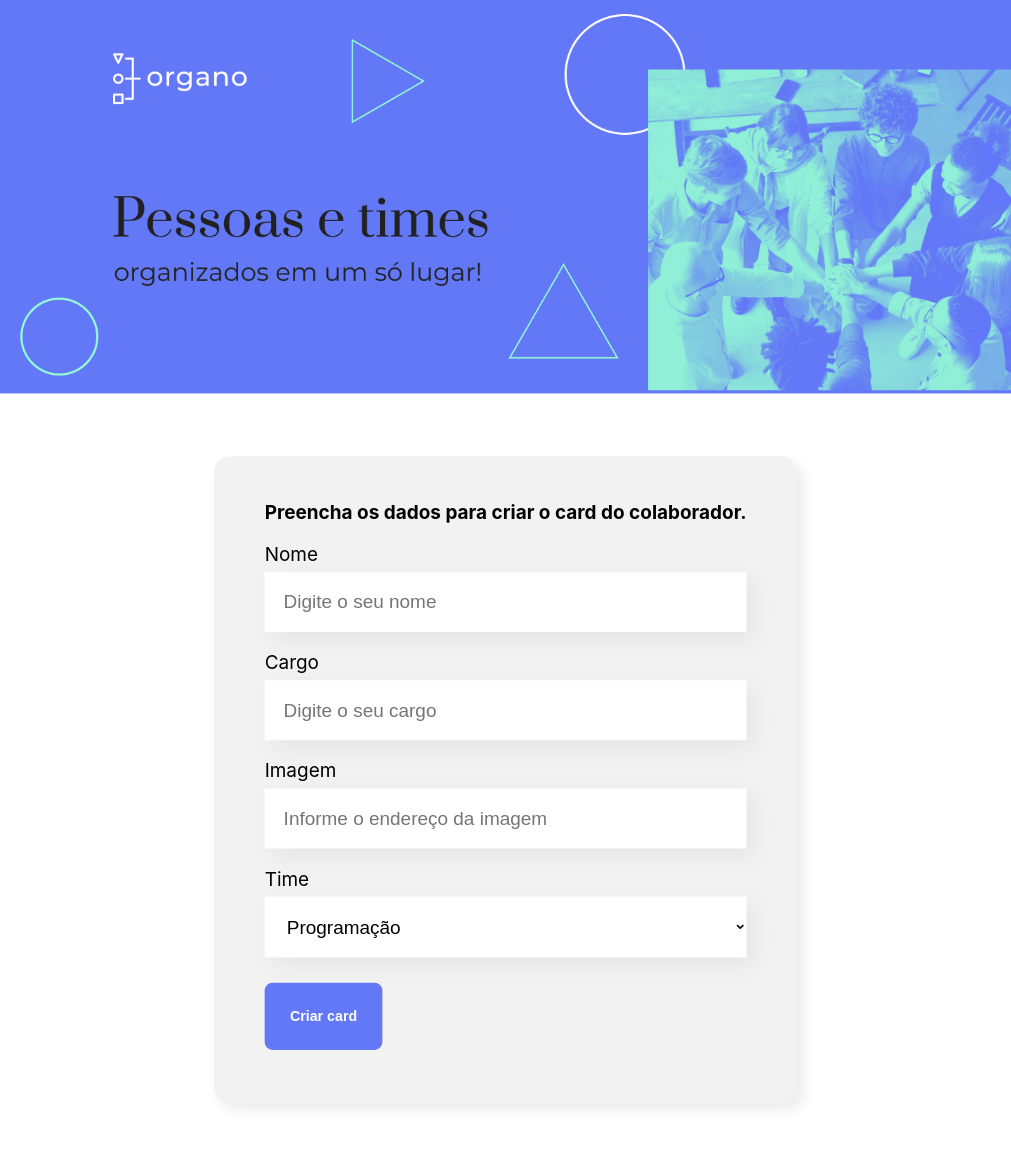
Repository: devMuriloOliveira/organo
Page: /
The author's editor kept a copy of each file at every save. The page is drawn from the files as they stood at one save, then again after the next save.
The browser window is 1280 px wide. The pictures show the whole page, at 79% of full size.
The project was rebuilt for these pictures with package versions that can differ from the ones it lists, and the page was loaded fresh each time.

Above is the page before, as saved 2023-01-12 17:02:22.

### src/App.js

import Banner from './componentes/Banner/Banner'
import Formulario from './componentes/Formulario'


function App() {
  return (
    <div className="App">
      <Banner/>
      <Formulario/>


    </div>
  )
}

export default App

### src/componentes/Banner/Banner.js
import './Banner.css'

function Banner() {
  return (
    <header className="banner">
      <img src="/imagens/banner.png" alt="O banner principal da pagina Organo"/>
    </header>


    )

}

export default Banner

### src/componentes/Formulario/index.js
import Botao from '../Botao'
import CampoTexto from '../CampoTexto'
import ListaSuspensa from '../ListaSuspensa'
import './Formulario.css'

const Formulario = () =>{

    const times = [
      'Programação',
      'Front-End',
      'Data Science',
      'Devops',
      'UX e Design',
      'Mobile',
      'Inovação e Gestão'
    ]

    const aoSalvar = (evento) => {
      evento.preventDefault()
      console.log('Form foi submetido')
    }

  return(

    <section className='formulario'>
      <form onSubmit={aoSalvar}>
        <h2>Preencha os dados para criar o card do colaborador.</h2>
      <CampoTexto obrigatorio={true} label="Nome" placeholder="Digite o seu nome"/>
      <CampoTexto obrigatorio={true} label="Cargo" placeholder="Digite o seu cargo"/>
      <CampoTexto label="Imagem" placeholder="Informe o endereço da imagem"/>
      <ListaSuspensa obrigatorio={true} label="Time" itens={times}/>
      <Botao>
        Criar card
      </Botao>
      </form>
    </section>
  )
}

export default Formulario

### src/componentes/Banner/Banner.css
.banner {
  background-color: #6278F7;
  text-align: center;
}

.banner img {
  max-width: 100%;
}

### src/componentes/Botao/index.js
import './Botao.css'

const Botao = (props) =>{
  return(
      <button className='botao'>
        {props.children}
      </button>
  )
}

export default Botao

### src/componentes/CampoTexto/index.js
import './CampoTexto.css'

const CampoTexto = (props) =>{

let valor = ''

  const aiDigitado = (evento) =>{
  valor = (evento.target.value)
  console.log(valor)
}

  return(
    <div className="campo-texto">
      <label>{props.label}</label>
      <input value={valor} onChange={aiDigitado} required={props.obrigatorio} placeholder={props.placeholder}/>
    </div>
  )
}

export default CampoTexto

### src/componentes/ListaSuspensa/index.js
import './ListaSuspensa.css'

const ListaSuspensa = (props) => {
  return(
    <div className='lista-suspensa'>
        <label>{props.label}</label>
        <select required={props.required}>
          {props.itens.map(item => {
            return <option key={item}>{item}</option>
          })}
        </select>
    </div>
  )
}

export default ListaSuspensa

### src/componentes/Formulario/Formulario.css
.formulario {
  display: flex;
  justify-content: center;
  margin: 80px 0;
}

.formulario form {
  max-width: 80%;
  background-color: #f2f2f2;
  border-radius: 20px;
  padding: 36px 64px;
  box-shadow: 8px 8px 16px rgba(0, 0, 0, 0.08);
}

### src/componentes/Botao/Botao.css
.botao {
  background-color: #6278F7;
  border-radius: 10px;
  font-weight: 700;
  font-size: 18px;
  padding: 32px;
  border: none;
  cursor: pointer;
  color: #fff;
  margin: 32px 0;
}

.botao:hover {
  color: #95ffd4;
}

### src/componentes/CampoTexto/CampoTexto.css
.campo-texto {
  margin: 24px 0;
}

.campo-texto label {
  display: block;
  margin-bottom: 8px;
  font-size: 24px;
}

.campo-texto input {
  background-color: #fff;
  box-shadow: 10px 10px 30px rgba(0, 0, 0, 0.06);
  width: 100%;
  border: none;
  font-size: 24px;
  padding: 24px;
  box-sizing: border-box;
}

### src/componentes/ListaSuspensa/ListaSuspensa.css
.lista-suspensa label {
  display: block;
  margin-bottom: 8px;
  font-size: 24px;
}

.lista-suspensa select {
  background-color: #fff;
  box-shadow: 10px 10px 30px rgba(0, 0, 0, 0.06);
  width: 100%;
  border: none;
  font-size: 24px;
  padding: 24px;
  box-sizing: border-box;
}

Loaded but not shown: public/index.html (common file); src/index.js (common file); src/index.css (common file)

After the next save:
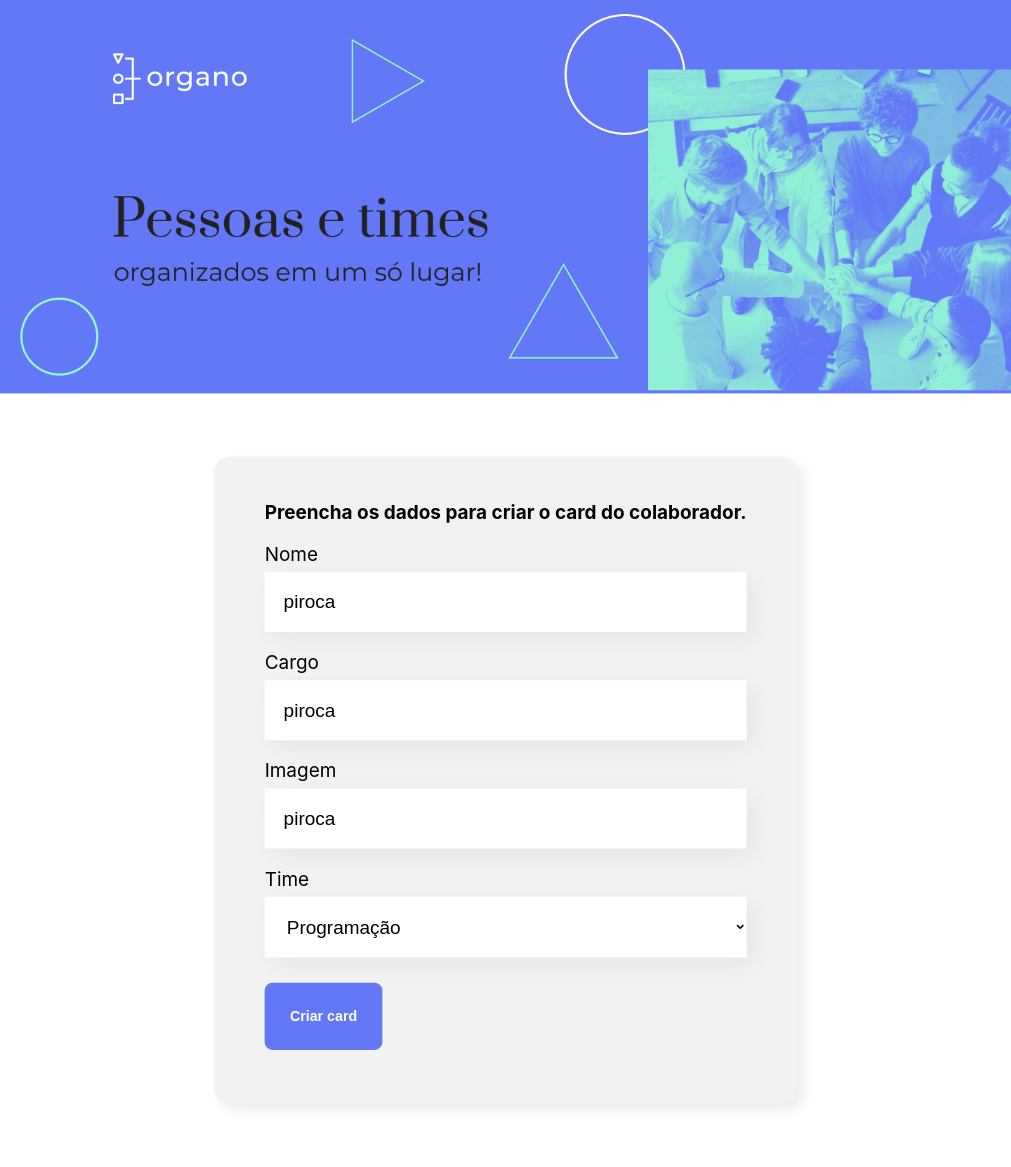
Saved 39 s later.
--- a/src/componentes/CampoTexto/index.js
+++ b/src/componentes/CampoTexto/index.js
@@ -2,7 +2,7 @@
 
 const CampoTexto = (props) =>{
 
-let valor = ''
+let valor = 'piroca'
 
   const aiDigitado = (evento) =>{
   valor = (evento.target.value)

After the save that followed:
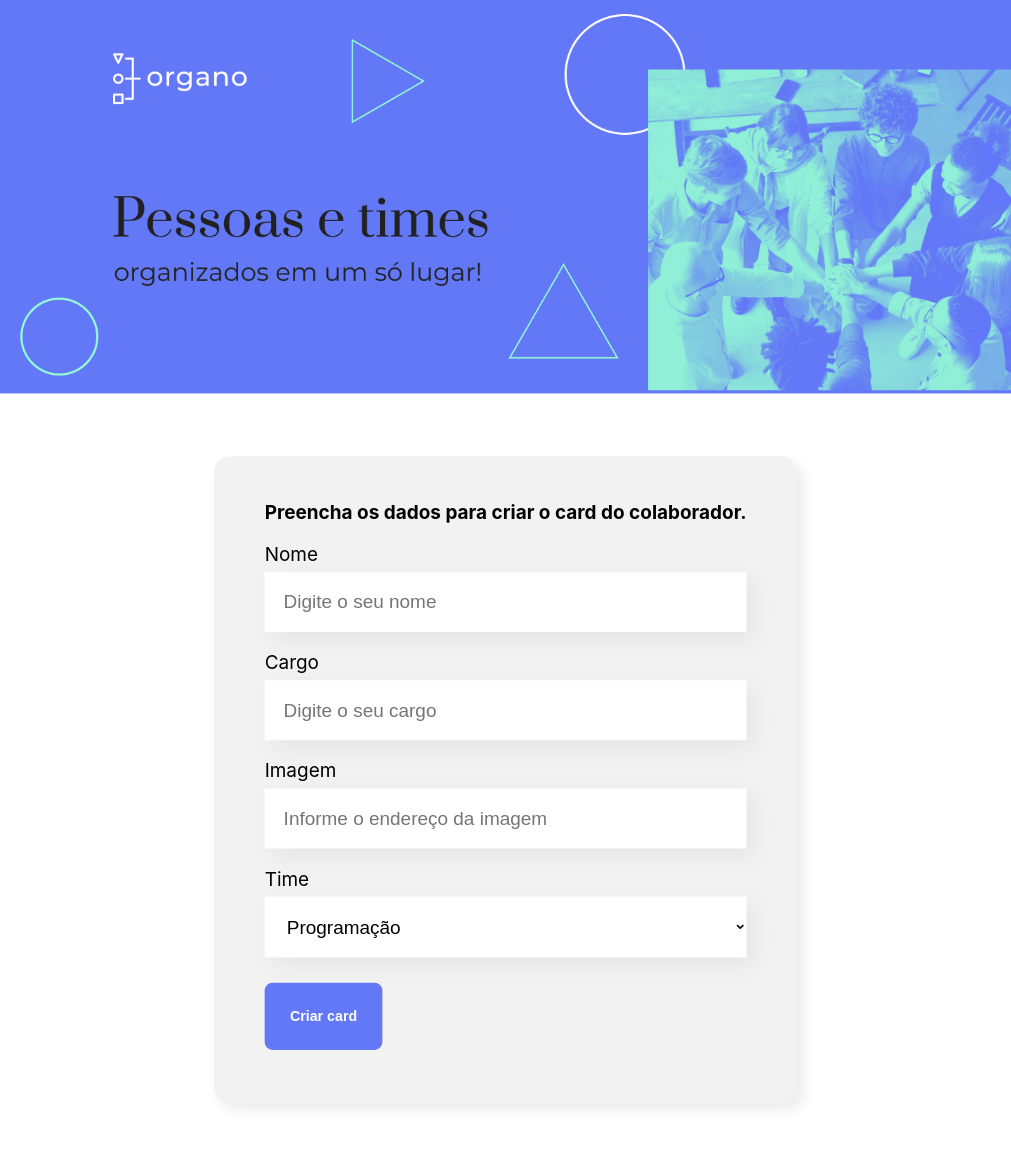
Saved 3 min 47 s later.
--- a/src/componentes/CampoTexto/index.js
+++ b/src/componentes/CampoTexto/index.js
@@ -2,7 +2,7 @@
 
 const CampoTexto = (props) =>{
 
-let valor = 'piroca'
+let valor = ''
 
   const aiDigitado = (evento) =>{
   valor = (evento.target.value)
